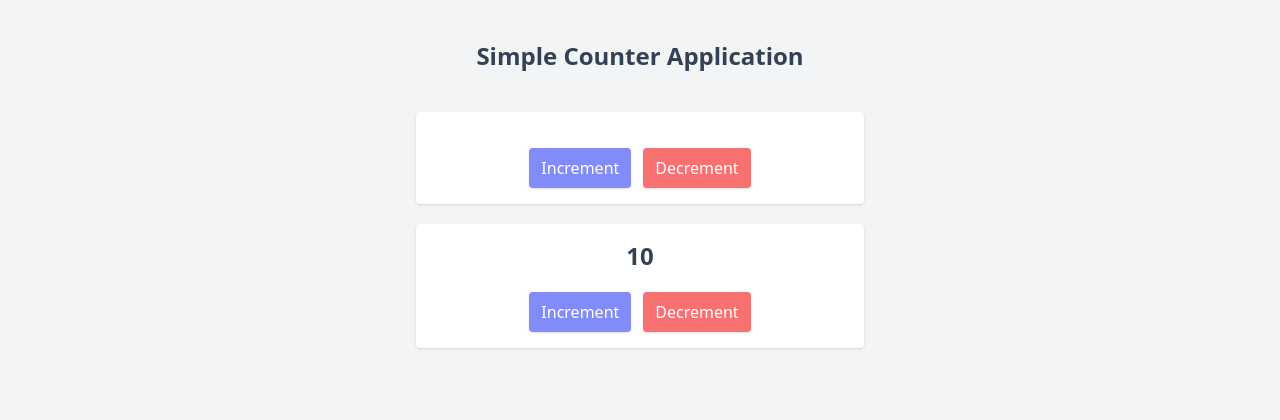
Repository: Wahid137/simple-counter-redux
Page: /
The author's editor kept a copy of each file at every save. The page is drawn from the files as they stood at one save, then again after the next save.
The browser window is 1280 px wide. The pictures show the whole page.
Some web libraries are served in a nearby version. The project was rebuilt for these pictures with package versions that can differ from the ones it lists, and the page was loaded fresh each time.

Above is the page before, as saved 2023-11-06 15:57:54.

### public/index.html
<!DOCTYPE html>
<html lang="en">
    <head>
        <meta charset="utf-8" />
        <link rel="icon" href="%PUBLIC_URL%/favicon.ico" />
        <meta name="viewport" content="width=device-width, initial-scale=1" />
        <meta name="theme-color" content="#000000" />
        <meta
            name="description"
            content="Web site created using create-react-app"
        />
        <link rel="apple-touch-icon" href="%PUBLIC_URL%/logo192.png" />
        <!--
      manifest.json provides metadata used when your web app is installed on a
      user's mobile device or desktop. See https://developers.google.com/web/fundamentals/web-app-manifest/
    -->
        <link rel="manifest" href="%PUBLIC_URL%/manifest.json" />
        <!--
      Notice the use of %PUBLIC_URL% in the tags above.
      It will be replaced with the URL of the `public` folder during the build.
      Only files inside the `public` folder can be referenced from the HTML.

      Unlike "/favicon.ico" or "favicon.ico", "%PUBLIC_URL%/favicon.ico" will
      work correctly both with client-side routing and a non-root public URL.
      Learn how to configure a non-root public URL by running `npm run build`.
    -->
        <title>React App</title>
        <script src="https://cdn.tailwindcss.com"></script>
    </head>
    <body>
        <noscript>You need to enable JavaScript to run this app.</noscript>
        <div id="root"></div>
        <!--
      This HTML file is a template.
      If you open it directly in the browser, you will see an empty page.

      You can add webfonts, meta tags, or analytics to this file.
      The build step will place the bundled scripts into the <body> tag.

      To begin the development, run `npm start` or `yarn start`.
      To create a production bundle, use `npm run build` or `yarn build`.
    --></body>
</html>

### src/App.js
import { Provider } from "react-redux";
import store from "./redux/store";
import HooksCounter from "./components/HooksCounter";
import DynamicHooksCounter from "./components/DynamicHooksCounter";

export default function App() {
    return (
        <Provider store={store}>
            <div className="w-screen h-screen p-10 bg-gray-100 text-slate-700">
                <h1 className="max-w-md mx-auto text-center text-2xl font-bold">
                    Simple Counter Application
                </h1>

                <div className="max-w-md mx-auto mt-10 space-y-5">
                    <HooksCounter />
                    <DynamicHooksCounter />
                </div>
            </div>
        </Provider>
    );
}

### src/redux/store.js
import { createStore } from 'redux';
import counterReducer from "./counter/counterReducer";
import rootReducer from './rootReducer';

const store = createStore(rootReducer);

export default store;

### src/components/HooksCounter.js
import { useDispatch, useSelector } from "react-redux";
import { decrement, increment } from "../redux/counter/actions";

function HooksCounter() {
    const count = useSelector((state) => state.value)
    const dispatch = useDispatch();

    const incrementHandler = (value) => {
        dispatch(increment(value))
    }

    const decrementHandler = (value) => {
        dispatch(decrement(value))
    }

    return (
        <div className="p-4 h-auto flex flex-col items-center justify-center space-y-5 bg-white rounded shadow">
            <div className="text-2xl font-semibold">{count}</div>
            <div className="flex space-x-3">
                <button
                    className="bg-indigo-400 text-white px-3 py-2 rounded shadow"
                    onClick={() => incrementHandler(100)}
                >
                    Increment
                </button>
                <button
                    className="bg-red-400 text-white px-3 py-2 rounded shadow"
                    onClick={() => decrementHandler(1)}
                >
                    Decrement
                </button>
            </div>
        </div>
    );
}

/* const mapStateToProps = (state, ownProps) => {
    console.log(ownProps)
    return {
        count: state.value
    }
}

const mapDispatchToProps = (dispatch) => {
    return {
        increment: () => dispatch(increment(5)),
        decrement: () => dispatch(decrement(10)),
    }
}

export default connect(mapStateToProps, mapDispatchToProps)(Counter);
 */

export default HooksCounter;

### src/components/DynamicHooksCounter.js
import { useDispatch, useSelector } from "react-redux";
import { decrement, increment } from "../redux/counter/actions";

function DynamicHooksCounter() {
    const count = useSelector((state) => state.dynamicCounter.value)
    const dispatch = useDispatch();

    const incrementHandler = (value) => {
        dispatch(increment(value))
    }

    const decrementHandler = (value) => {
        dispatch(decrement(value))
    }

    return (
        <div className="p-4 h-auto flex flex-col items-center justify-center space-y-5 bg-white rounded shadow">
            <div className="text-2xl font-semibold">{count}</div>
            <div className="flex space-x-3">
                <button
                    className="bg-indigo-400 text-white px-3 py-2 rounded shadow"
                    onClick={() => incrementHandler(10)}
                >
                    Increment
                </button>
                <button
                    className="bg-red-400 text-white px-3 py-2 rounded shadow"
                    onClick={() => decrementHandler(10)}
                >
                    Decrement
                </button>
            </div>
        </div>
    );
}


export default DynamicHooksCounter;

### src/redux/counter/counterReducer.js
import { DECREMENT, INCREMENT } from "./actionTypes"

const initialState = {
    value: 1
}

const counterReducer = (state = initialState, action) => {
    switch (action.type) {
        case INCREMENT:
            return {
                ...state,
                value: state.value + 1,
            }
        case DECREMENT:
            return {
                ...state,
                value: state.value - 1,
            }
        default:
            return state;
    }

};

export default counterReducer;

### src/redux/rootReducer.js
import { combineReducers } from "redux";
import counterReducer from "./counter/counterReducer";
import dynamicCounterReducer from "./dynamicCounter/dynamicCounterReducer";

const rootReducer = combineReducers({
    counter: counterReducer,
    dynamicCounter: dynamicCounterReducer,
})

export default rootReducer;

### src/redux/counter/actions.js
import { DECREMENT, INCREMENT } from "./actionTypes"

export const increment = () => {
    return {
        type: INCREMENT,
    }
}

export const decrement = () => {
    return {
        type: DECREMENT,
    }
}

### src/redux/counter/actionTypes.js
export const INCREMENT = "counter/increment";
export const DECREMENT = "counter/decrement";

### src/redux/dynamicCounter/dynamicCounterReducer.js
import { DDECREMENT, DINCREMENET } from "./actionTypes";

const initialState = {
    value: 10,
};

const dynamicCounterReducer = (state = initialState, action) => {
    switch (action.type) {
        case DINCREMENET:
            return {
                ...state,
                value: state.value + action.payload,
            };

        case DDECREMENT:
            return {
                ...state,
                value: state.value - action.payload,
            };

        default:
            return state;
    }
};

export default dynamicCounterReducer;

### src/redux/dynamicCounter/actionTypes.js
export const DINCREMENET = "dynamicCounter/increment";
export const DDECREMENT = "dynamicCounter/decrement";

Loaded but not shown: src/index.js (common file); src/reportWebVitals.js (common file)

After the next save:
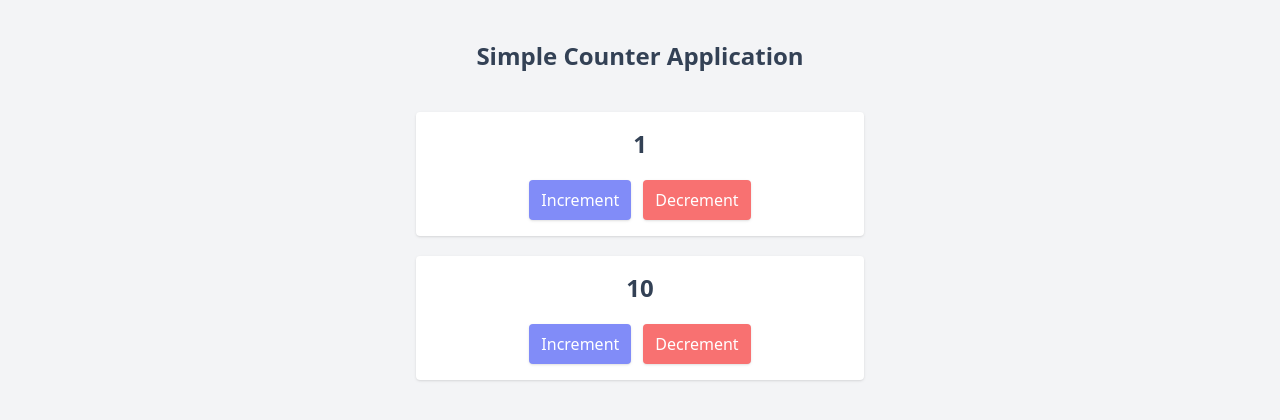
Saved 47 s later.
--- a/src/components/HooksCounter.js
+++ b/src/components/HooksCounter.js
@@ -2,7 +2,7 @@ import { useDispatch, useSelector } from "react-redux";
 import { decrement, increment } from "../redux/counter/actions";
 
 function HooksCounter() {
-    const count = useSelector((state) => state.value)
+    const count = useSelector((state) => state.counter.value)
     const dispatch = useDispatch();
 
     const incrementHandler = (value) => {
